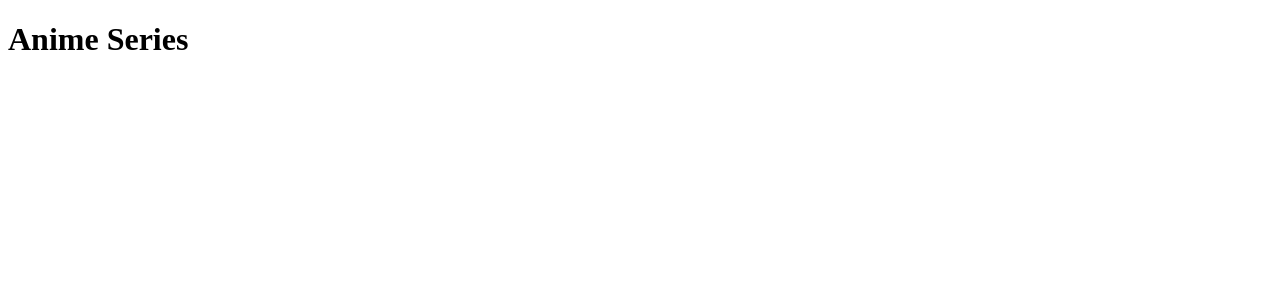
Repository: jhonenmanuel1/movies-get-info-fetch
Page: /
These files come from the project's save history. The page is drawn as it stood at one moment and after the next save; the edit follows.
The browser window is 1280 px wide. The pictures show the whole page.
The project was rebuilt for these pictures with package versions that can differ from the ones it lists, and the page was loaded fresh each time. Also part of the build but not shown: src/App.css.

Above is the page before, as saved 2022-06-12 19:17:24.

### src/App.js
import { useEffect, useState } from "react";
import logo from "./logo.svg";
import "./App.css";

function App() {
  return (
    <>
    <header>
      <h1>Anime Series</h1>
    </header>
      <main>

      </main>

    <footer>

    </footer>
    </>
  );
}

export default App;

Loaded but not shown: public/index.html (common file); src/index.js (common file)

After the next save:
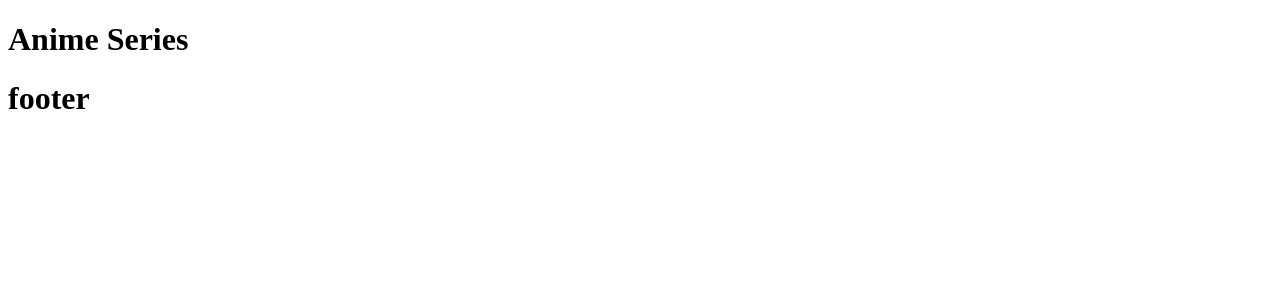
Saved 10 s later.
--- a/src/App.js
+++ b/src/App.js
@@ -13,6 +13,7 @@ function App() {
       </main>
 
     <footer>
+    <h1>footer</h1>
 
     </footer>
     </>
